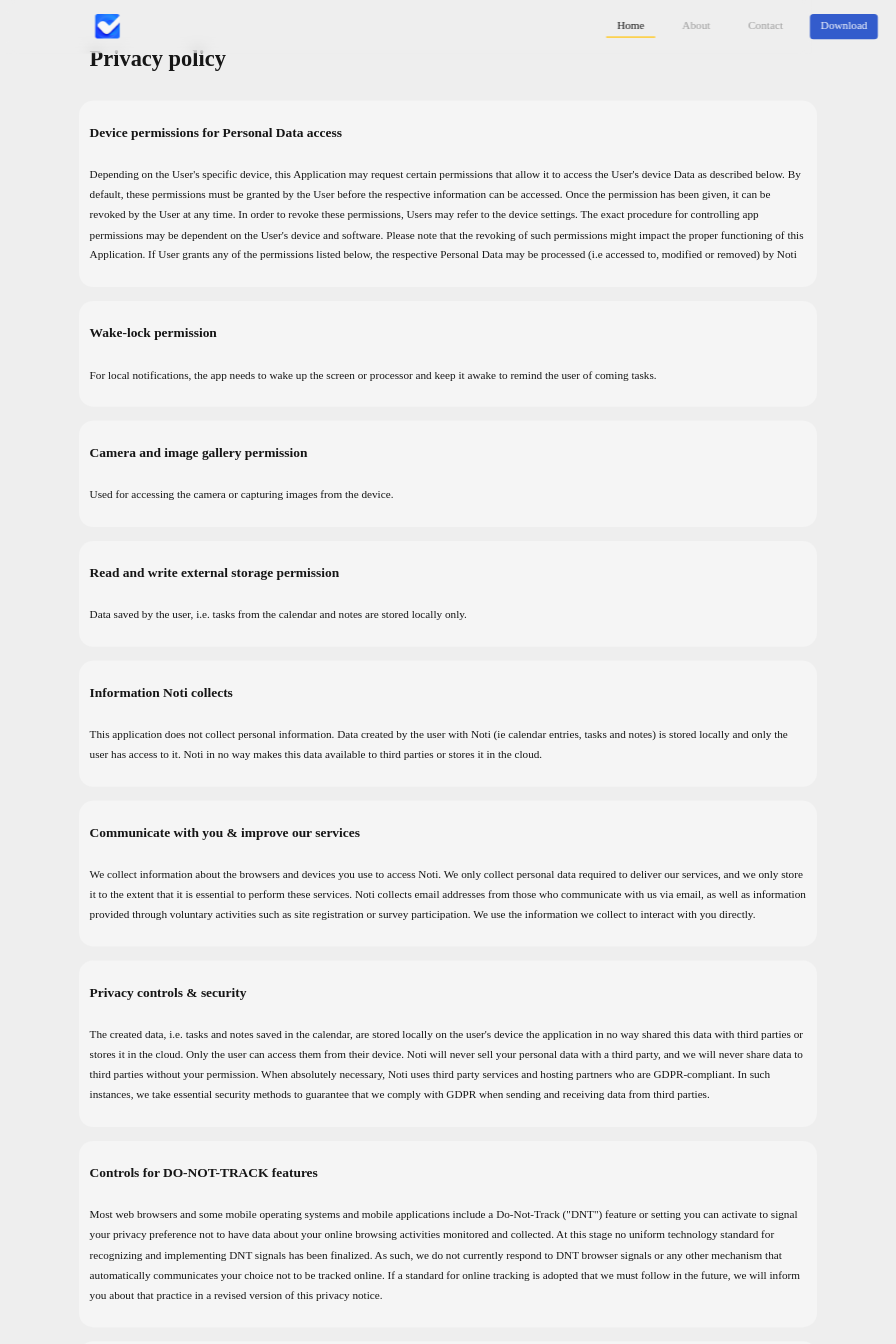
Repository: RafalSiuta/notiweb
Page: policy.html
The author's editor kept a copy of each file at every save. The page is drawn from the files as they stood at one save, then again after the next save.
The browser window is 1280 px wide. The pictures show the part of the page from y = 0 to 1920 px (the page is 3622 px tall before and 3747 px after), at 70% of full size.

Above is the page before, as saved 2024-12-17 02:28:49.

After the next save:
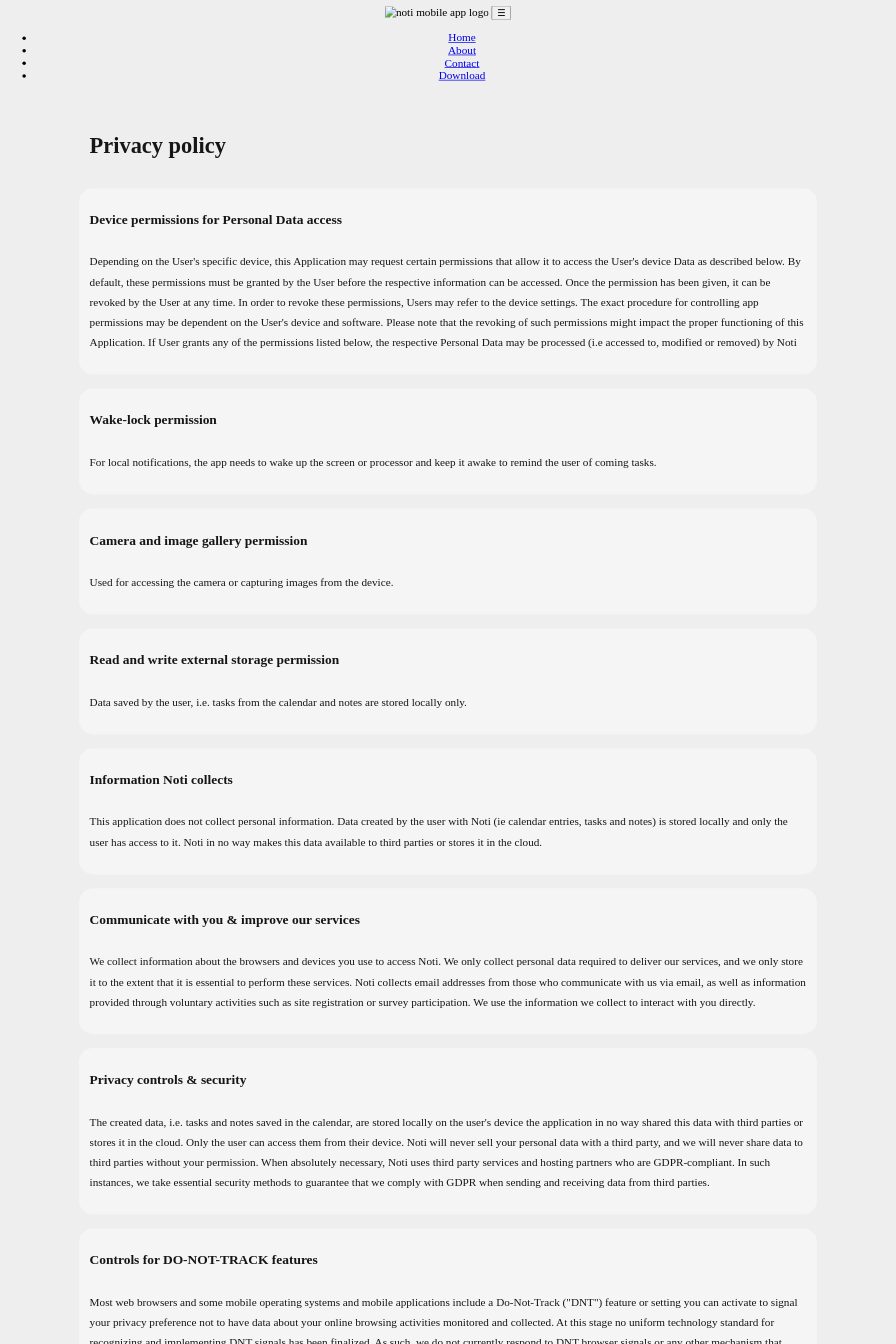
Not found: notiweb/images/noti_v1.png
Not found: notiweb/styles/nav.css
Saved 61 s later.
--- a/policy.html
+++ b/policy.html
@@ -8,16 +8,16 @@
         <meta charset="utf-8">
         <meta http-equiv="X-UA-Compatible" content="IE=edge">
         <title>Noti privacy policy</title>
-        <link rel="icon" type="image/x-icon" href="/images/favicon.ico">
+        <link rel="icon" type="image/x-icon" href="/notiweb/notiweb/images/favicon.ico">
         <meta name="Noti mobile app privacy policy" content="">
         <meta name="viewport" content="width=device-width, initial-scale=1">
-        <link rel="stylesheet" href="/styles/styles.css">
-        <link rel="stylesheet" href="styles/nav.css">
+        <link rel="stylesheet" href="/notiweb/styles/styles.css">
+        <link rel="stylesheet" href="/notiweb/styles/nav.css">
         <!-- <link rel="stylesheet" href="/styles/styles.css"> -->
     </head>
     <body>
         <nav>
-            <img class="logo" src="/images/noti_v1.png" alt="noti mobile app logo">
+            <img class="logo" src="/notiweb/images/noti_v1.png" alt="noti mobile app logo">
             <button class="hamburger" aria-label="Open menu">&#9776;</button> <!-- Ikona hamburgera -->
             <ul class="nav-list">
                 <li><a href="index.html" class="active">Home</a></li>
